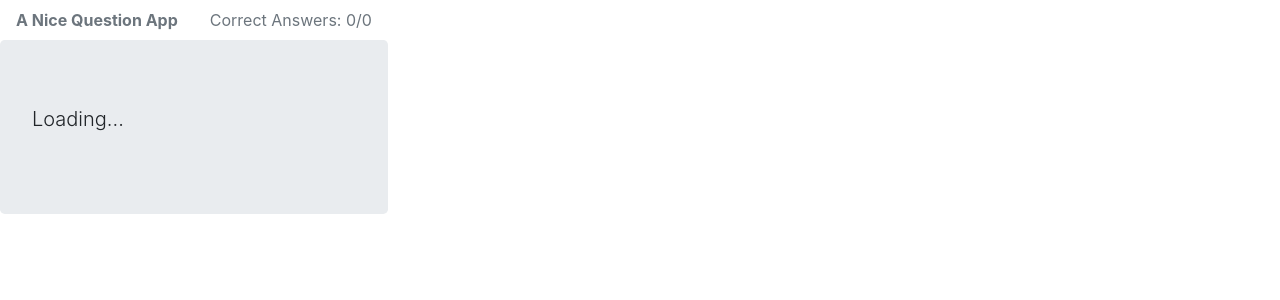
Repository: giovanicascaes/vue-quiz-app
Page: /
The author's editor kept a copy of each file at every save. The page is drawn from the files as they stood at one save, then again after the next save.
The browser window is 1280 px wide. The pictures show the whole page.
The page's requests for data from a server got no answer. The project was rebuilt for these pictures with package versions that can differ from the ones it lists, and the page was loaded fresh each time. No one was signed in, and anything a server would have sent is missing. Also part of the build but not shown: vue.config.js.

Above is the page before, as saved 2019-04-14 02:36:41.

After the next save:
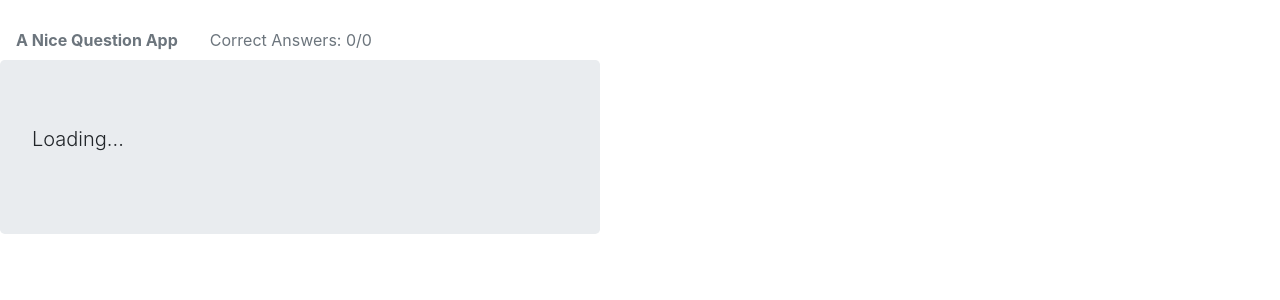
Saved 6 s later.
--- a/src/App.vue
+++ b/src/App.vue
@@ -1,6 +1,6 @@
 <template>
   <div id="app">
-    <div>
+    <div id="container">
       <Header/>
       <QuestionBox/>
     </div>
